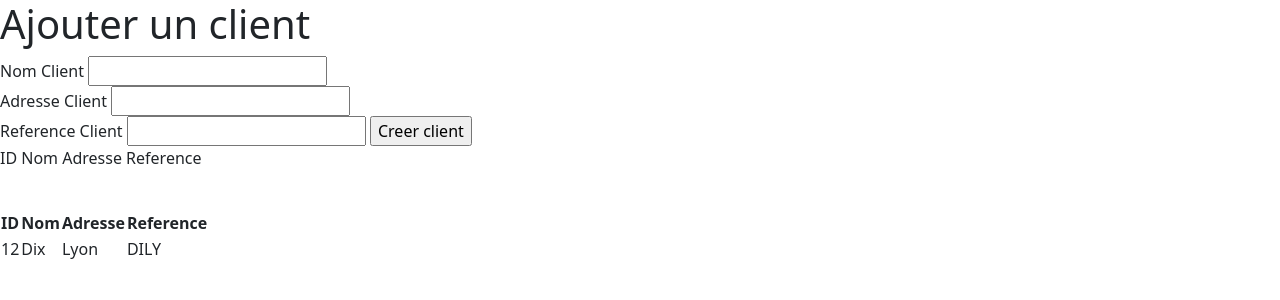
Repository: Elie-Dey/airblio
Page: test.html
These files come from the project's save history. The page is drawn as it stood at one moment and after the next save; the edit follows.
The browser window is 1280 px wide. The pictures show the whole page.

Above is the page before, as saved 2022-03-28 12:24:16.

### test.html
<!DOCTYPE html>
<html lang="en">
  <head>
    <meta charset="UTF-8" />
    <meta http-equiv="X-UA-Compatible" content="IE=edge" />
    <meta name="viewport" content="width=device-width, initial-scale=1.0" />
    <link
      href="https://cdn.jsdelivr.net/npm/bootstrap@5.1.3/dist/css/bootstrap.min.css"
      rel="stylesheet"
      integrity="sha384-1BmE4kWBq78iYhFldvKuhfTAU6auU8tT94WrHftjDbrCEXSU1oBoqyl2QvZ6jIW3"
      crossorigin="anonymous"
    />
    <script src="https://ajax.googleapis.com/ajax/libs/jquery/3.6.0/jquery.min.js"></script>
    <title>Document</title>
  </head>
  <body>
    <h1>Ajouter un client</h1>
    <form action="connect.php?task=write" method="POST">
      <label for="nom">Nom Client </label>
      <input type="text" name="nom" id="nom" /> <br />
      <label for="Adresse">Adresse Client</label>
      <input type="text" name="adresse" id="adresse" /> <br />
      <label for="reference">Reference Client</label>
      <input type="text" name="reference" id="reference" />
      <input type="submit" value="Creer client" />
    </form>


    <div >
  <table>
    <p> ID  Nom   Adresse Reference </p>
  <tr>
    <th>ID</th>
    <th>Nom</th>
    <th>Adresse</th>
    <th>Reference</th>
  </tr>
  <tr class="display-client">
    <td>12</td>
    <td>Dix</td>
    <td>Lyon</td>
    <td>DILY</td>
  </tr> <br>
    </div>
    <script src="js/app.js"></script>
  </body>
</html>

### js/app.js
// var getHttpRequest = function () {
//   var httpRequest = false;
//   if (window.XMLHttpRequest) {
//     // Mozilla, Safari, IE7+...
//     httpRequest = new XMLHttpRequest();
//   } else if (window.ActiveXObject) {
//     // IE 6 et antérieurs
//     httpRequest = new ActiveXObject("Microsoft.XMLHTTP");
//   }

//   return httpRequest;
// };

// var httpRequest = getHttpRequest();
// httpRequest.open("GET");

// $(document).ready(function () {
//   $("form").submit(function (event) {
//     var formData = {
//       nom: $("#nom").val(),
//       adresse: $("#adresse").val(),
//       reference: $("#reference").val(),
//     };
//     $.ajax({
//       type: "POST" ? url : "connect.php",
//       data: formData,
//       dataType: "json",
//       encode: true,
//     }).done(function (data) {
//       console.log(data);
//     });

//     event.preventDefault();
//   });
// });

function getClients() {
  //Creation d'une requete AJAX pour se connecter au serveur avec le fichier connect.php
  const requeteAjax = new XMLHttpRequest();
  requeteAjax.open("GET", "connect.php");

  //Quand les données sont reçus, les traités sous forme de JSON et les affichés au format HTML

  requeteAjax.onload = function () {
    const resultat = JSON.parse(requeteAjax.responseText);
    const html = resultat
      .map(function (client) {
        return `

     ${client.id}
    ${client.nom}
    ${client.adresse}
    ${client.reference}<br>

      `;
      })
      .join("");

    const clients = document.querySelector(".display-client");
    clients.innerHTML = html;
  };

  //On envoie la requete
  requeteAjax.send();
}

After the next save:
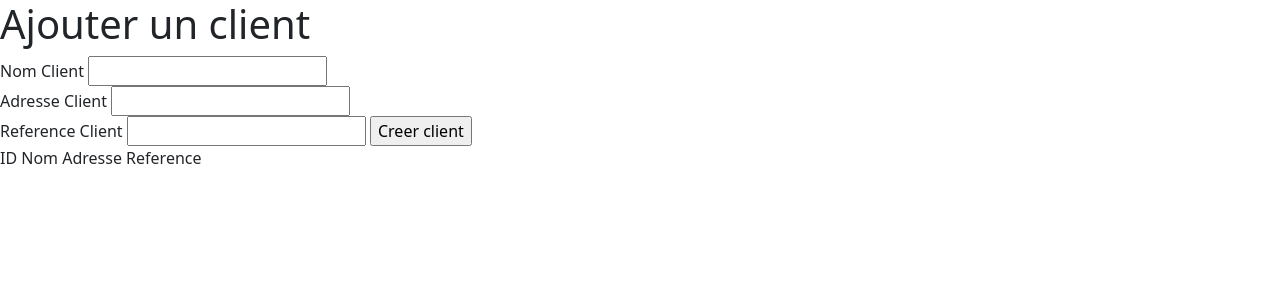
Saved 44 s later.
--- a/test.html
+++ b/test.html
@@ -27,21 +27,9 @@
 
 
     <div >
-  <table>
+
     <p> ID  Nom   Adresse Reference </p>
-  <tr>
-    <th>ID</th>
-    <th>Nom</th>
-    <th>Adresse</th>
-    <th>Reference</th>
-  </tr>
-  <tr class="display-client">
-    <td>12</td>
-    <td>Dix</td>
-    <td>Lyon</td>
-    <td>DILY</td>
-  </tr> <br>
-    </div>
+  <div class="display-client"></div>
     <script src="js/app.js"></script>
   </body>
 </html>
